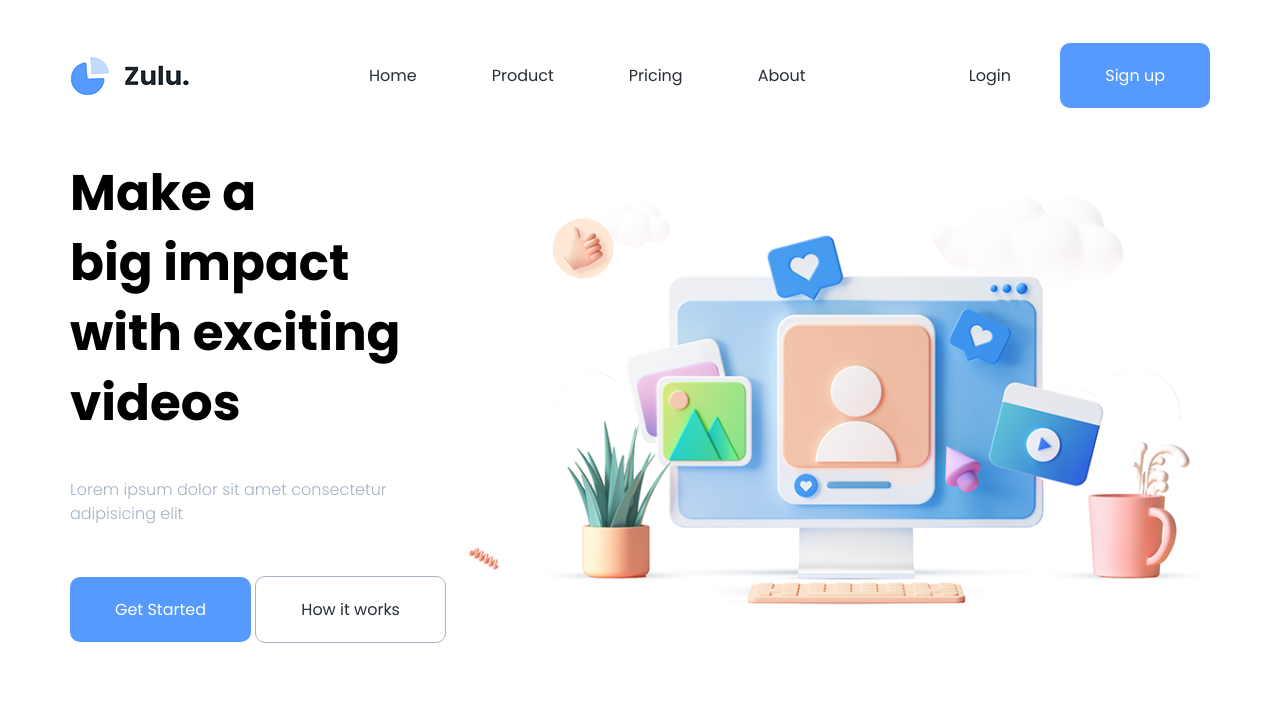
Repository: baodien1405/zulu-landing-page
Page: index.html
These files come from the project's save history. The page is drawn as it stood at one moment and after the next save; the edit follows.
The browser window is 1280 px wide. The pictures show the whole page.
The style sheet was rebuilt from its Sass, Less or Tailwind sources for each picture, by a compiler version that may differ from the author's.

Above is the page before, as saved 2021-06-22 15:53:49.

### index.html
<!DOCTYPE html>
<html lang="en">
<head>
  <meta charset="UTF-8">
  <meta http-equiv="X-UA-Compatible" content="IE=edge">
  <meta name="viewport" content="width=device-width, initial-scale=1.0">
  <link rel="preconnect" href="https://fonts.gstatic.com">
  <link href="https://fonts.googleapis.com/css2?family=Poppins:wght@300;400;600;700&display=swap" rel="stylesheet">
  <link rel="stylesheet" href="./styles.css">
  <title>Zulu</title>
</head>
<body>
  <div class="wrapper">
    <div class="container">
      <header class="header">
        <a href="index.html" class="header-logo">
          <img src="/images/logo.png" alt="" class="header-logo-image">
        </a>
        <ul class="header-menu">
          <li class="header-menu-item">
            <a href="#" class="header-menu-link">Home</a>
          </li>
          <li class="header-menu-item">
            <a href="#" class="header-menu-link">Product</a>
          </li>
          <li class="header-menu-item">
            <a href="#" class="header-menu-link">Pricing</a>
          </li>
          <li class="header-menu-item">
            <a href="#" class="header-menu-link">About</a>
          </li>
        </ul>
        <div class="header-auth">
          <a href="#" class="button">Login</a>
          <a href="#" class="button button--primary">Sign up</a>
        </div>
      </header>

      <section class="banner">
        <div class="banner-info">
          <h1 class="banner-heading">
            <span>Make a</span> <span>big impact</span> <span>with exciting</span> <span>videos</span>
          </h1>
          <p class="banner-desc">
            Lorem ipsum dolor sit amet consectetur adipisicing elit
          </p>
          <div class="banner-links">
            <a href="#" class="button button--primary">Get Started</a>
            <a href="#" class="button button--outline">How it works</a>
          </div>
        </div>
        <img src="./images/img1.png" alt="" class="banner-image">
      </section>
    </div>
  </div>
</body>
</html>

### styles.scss
@import "variables";
@import "global";
@import "header";
@import "banner";

### _variables.scss
$gray-dark: #272e35;
$gray-blur: #a5b2c3;
$primary-color: #579aff;

### _global.scss
* {
  margin: 0;
  padding: 0;
  box-sizing: border-box;
}

body {
  overflow-x: hidden;
}

img {
  display: block;
  max-width: 100%;
}

a {
  text-decoration: none;
}

body {
  font-family: "Poppins", sans-serif;
  font-size: 16px;
  line-height: 1;
  background-color: #fff;
}

.wrapper {
  max-width: 1440px;
  margin: 0 auto;
}

.container {
  max-width: 1170px;
  padding: 0 15px;
  margin: 0 auto;
}

.button {
  display: inline-block;
  font-size: 16px;
  padding: 20px 45px;
  color: $gray-dark;
  background-color: transparent;
  border-radius: 10px;
  line-height: normal;
  &--primary {
    color: #fff;
    background-color: $primary-color;
  }
  &--outline {
    border: 1px solid $gray-blur;
  }
}

### _header.scss
.header {
  padding-top: 43px;
  display: flex;
  align-items: center;

  &-logo {
    display: block;
    margin-right: 180px;
  }

  &-menu {
    display: flex;
    align-items: center;
    list-style: none;

    &-item:not(:first-child) {
      margin-left: 75px;
    }

    &-link {
      color: $gray-dark;
      transition: color 0.2s ease-in-out;
      &:hover {
        color: $primary-color;
      }
    }
  }

  &-auth {
    margin-left: auto;
  }
}

### _banner.scss
.banner {
  display: flex;
  align-items: center;
  padding-top: 50px;

  &-info {
    width: 35%;
  }

  &-image {
    width: 65%;
  }

  &-heading {
    font-size: 50px;
    line-height: 1.4;
    margin-bottom: 40px;

    & span {
      display: block;
    }
  }

  &-desc {
    font-weight: 300;
    line-height: 1.5;
    color: $gray-blur;
    margin-bottom: 50px;
  }
}

After the next save:
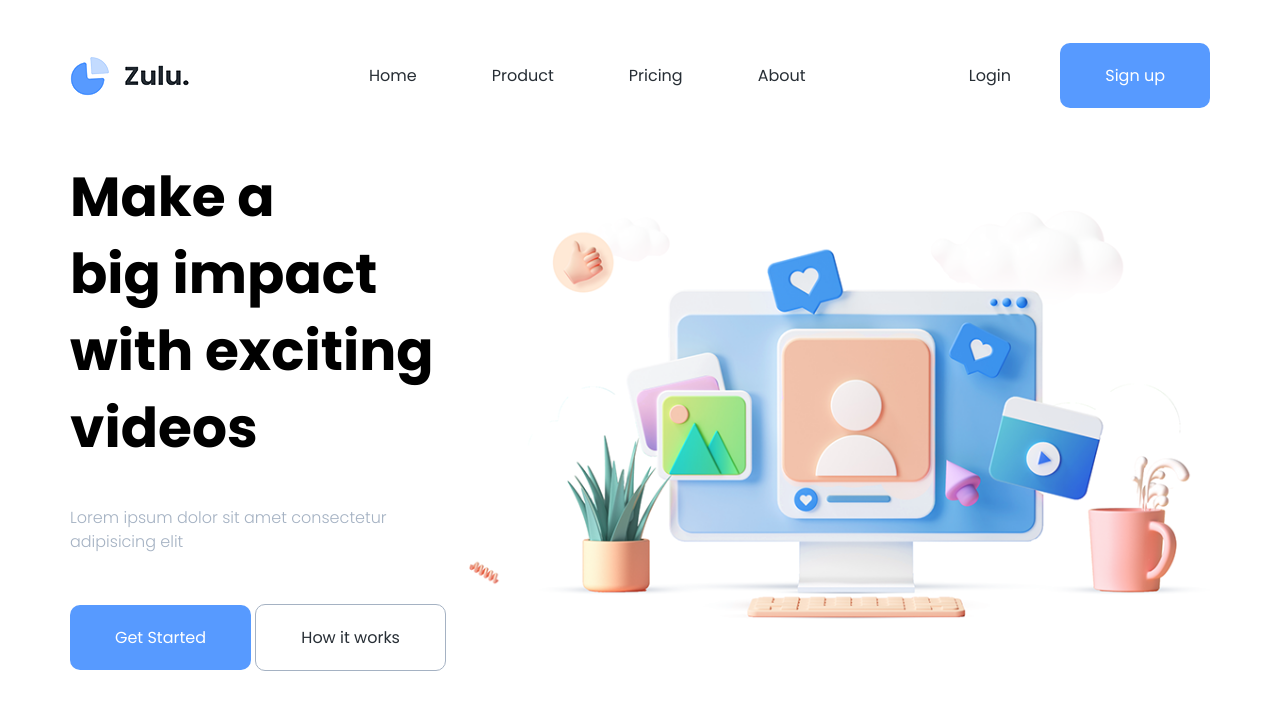
Saved 18 s later.
--- a/_banner.scss
+++ b/_banner.scss
@@ -12,7 +12,7 @@
   }
 
   &-heading {
-    font-size: 50px;
+    font-size: 55px;
     line-height: 1.4;
     margin-bottom: 40px;
 
